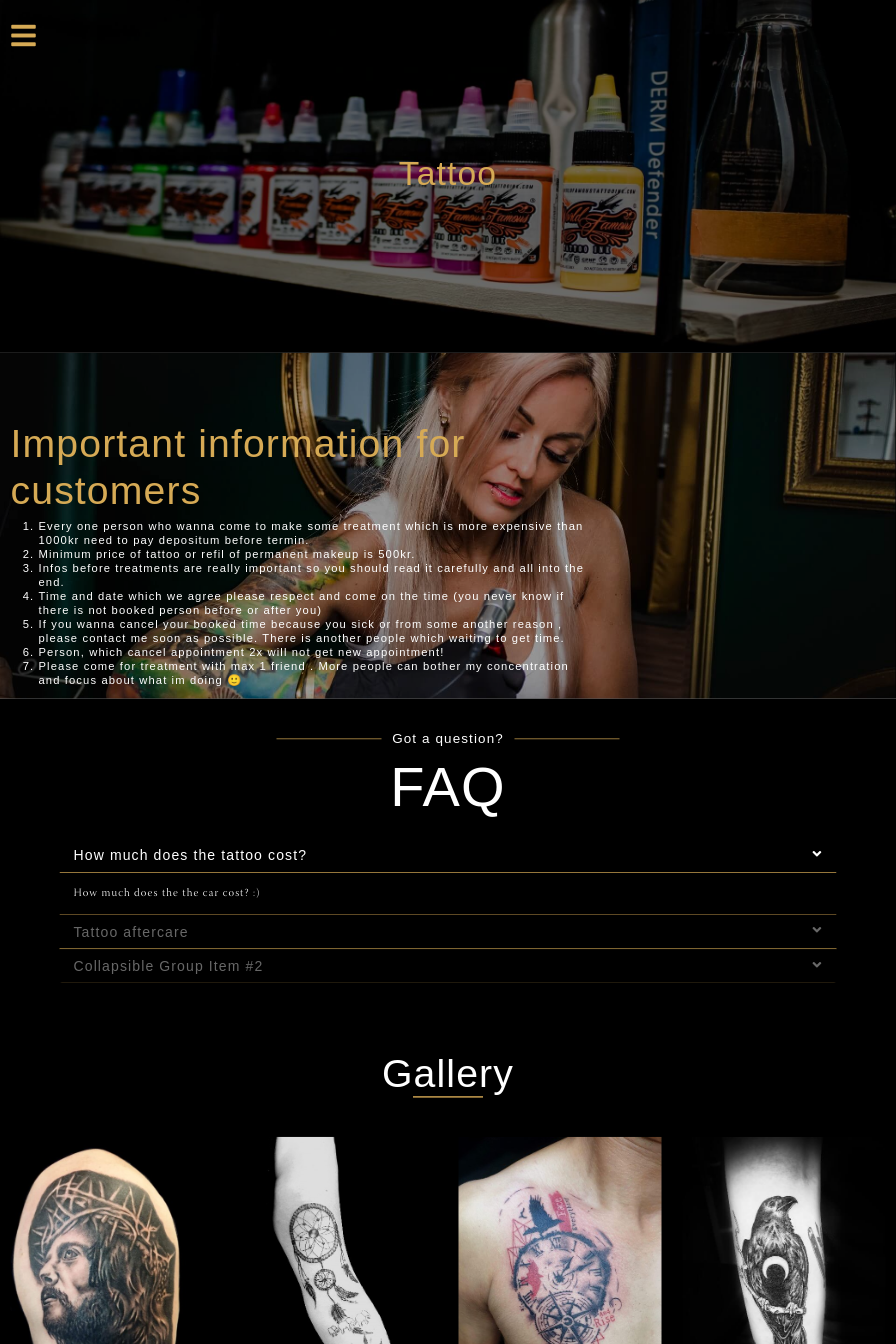
Repository: Spreceriany/TattooWeb
Page: tattoo-en.html
An editor plug-in stored every save of this project. The page is shown before and after the next save, followed by the edit.
The browser window is 1280 px wide. The pictures show the part of the page from y = 0 to 1920 px (the page is 3272 px tall before and 3292 px after), at 70% of full size.
Backgrounds fixed to the window are drawn as part of the page. Some web fonts or font styles are not loaded; a fallback is used. Some web libraries are served in a nearby version.

Above is the page before, as saved 2020-04-23 18:39:10.
Console error: TypeError: Cannot read properties of null (reading 'addEventListener')

After the next save:
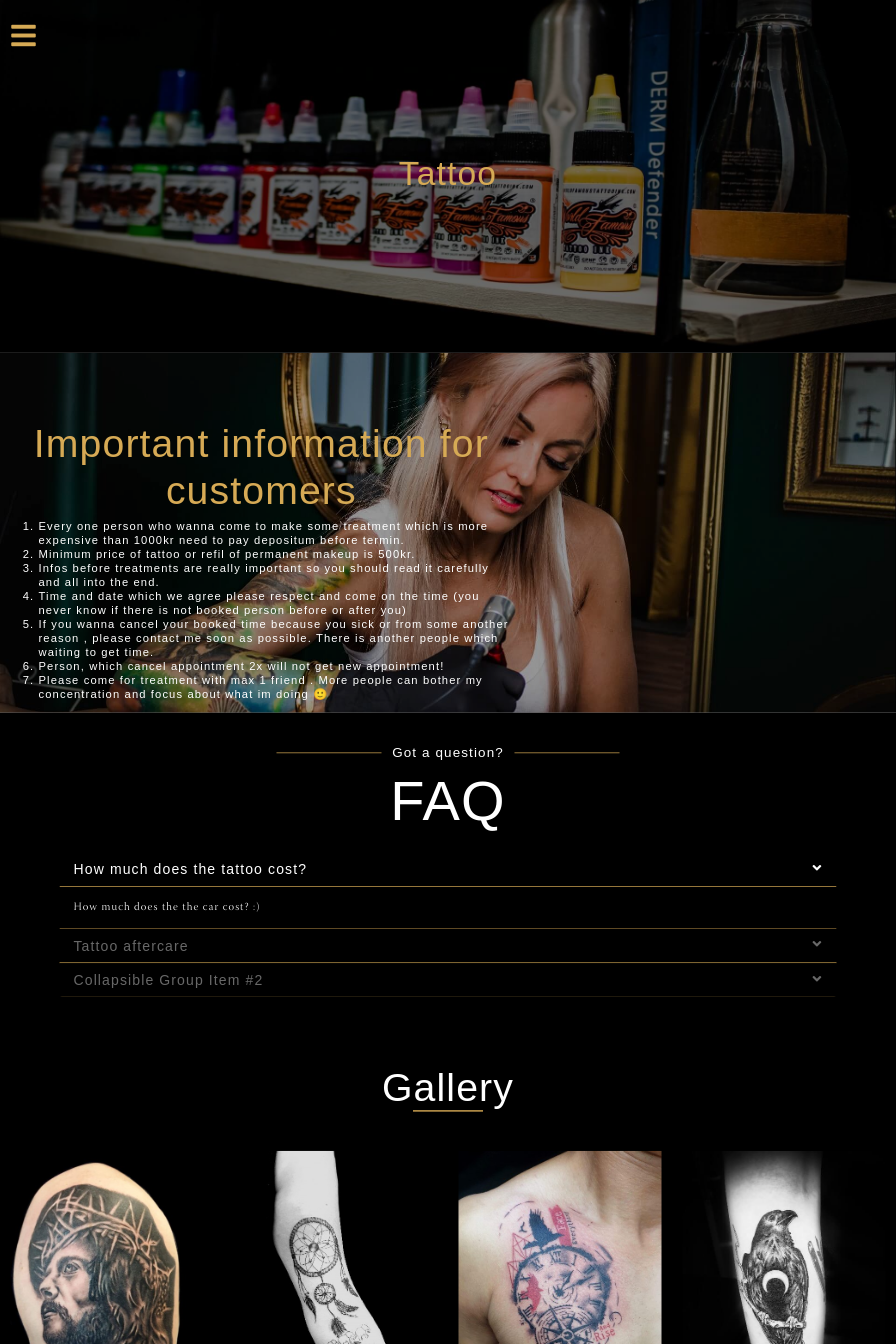
Saved 13 min 43 s later.
--- a/tattoo-en.html
+++ b/tattoo-en.html
@@ -75,8 +75,8 @@
 <div style="overflow-x:hidden; position:relative">
   <div class="container-fluid tattoo-uvod">
     <div class="row pt-5">
-      <div class="col-8 pt-5 ">
-          <h2 class="gold display-4 ">Important information for customers</h2>
+      <div class="col-7 pt-5 ">
+          <h2 class="gold  text-center display-4 ">Important information for customers</h2>
           <ol class="text-white second-font">
             <li>Every one person who wanna come to make some treatment which is more expensive than 1000kr need to pay depositum before termin. </li>
             <li>Minimum price of tattoo or refil of permanent makeup is 500kr.</li>
